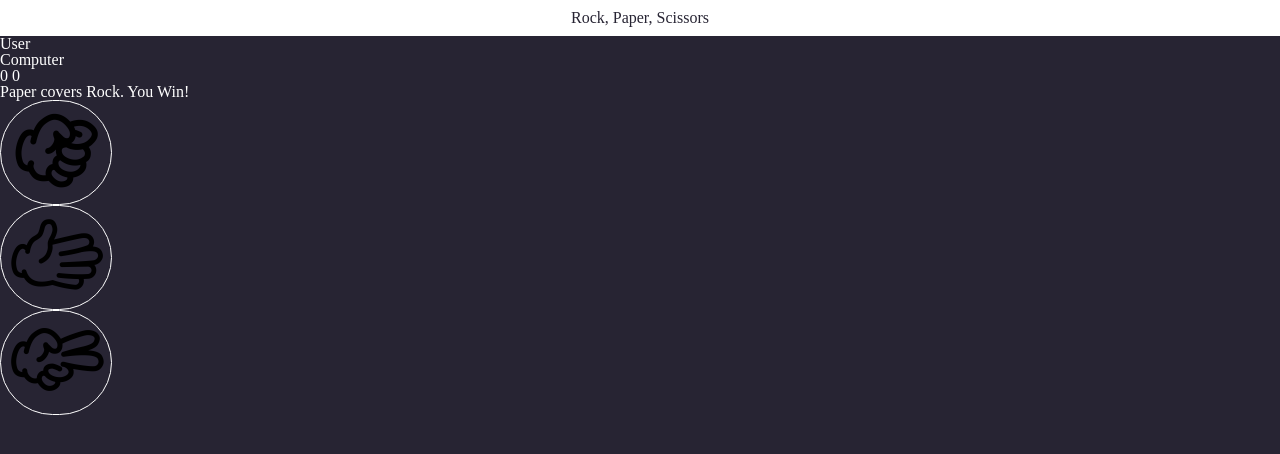
Repository: AndersonGuilherme/rock-paper-scissor-game-javascript
Page: index.html
The author's editor kept a copy of each file at every save. The page is drawn from the files as they stood at one save, then again after a run of saves.
The browser window is 1280 px wide. The pictures show the whole page.

Above is the page before, as saved 2019-01-12 12:42:49.

### index.html
<!DOCTYPE html>
<html lang="en">
  <head>
    <meta charset="UTF-8" />
    <meta name="viewport" content="width=device-width, initial-scale=1.0" />
    <meta http-equiv="X-UA-Compatible" content="ie=edge" />
    <title>Rocket.io</title>
    <link rel="stylesheet" href="./src/public/css/reset.css" />
    <link rel="stylesheet" href="./src/public/css/style.css" />
  </head>
  <body>
    <header id="header"><h1>Rock, Paper, Scissors</h1></header>
    <div class="score-board">
      <div id="user-label" class="badge">User</div>
      <div id="computer-label" class="badge">Computer</div>
      <span id="user-score">0</span> <span id="computer-score">0</span>
    </div>
    <div class="result"><h1>Paper covers Rock. You Win!</h1></div>
    <div class="choices">
      <div class="choice"><img src="./src/public/images/rock.png" alt="" /></div>
      <div class="choice"><img src="./src/public/images/paper.png" alt="" /></div>
      <div class="choice"><img src="./src/public/images/scissor.png" alt="" /></div>
    </div>
  </body>
</html>

### src/public/css/style.css
body{
    background-color: #272433;
    color: #fff;
}

#header{
    background-color: #fff;
    color: #272433;
    text-align: center;
    padding: 10px;
}

.choice{
    border: 1px solid #fff;
    border-radius: 100px;
    text-align: center;
    max-width: 110px;
}

.choice>img{
    max-height: 100px
}

Loaded but not shown: src/public/css/reset.css (common file)

After the next 12 saves:
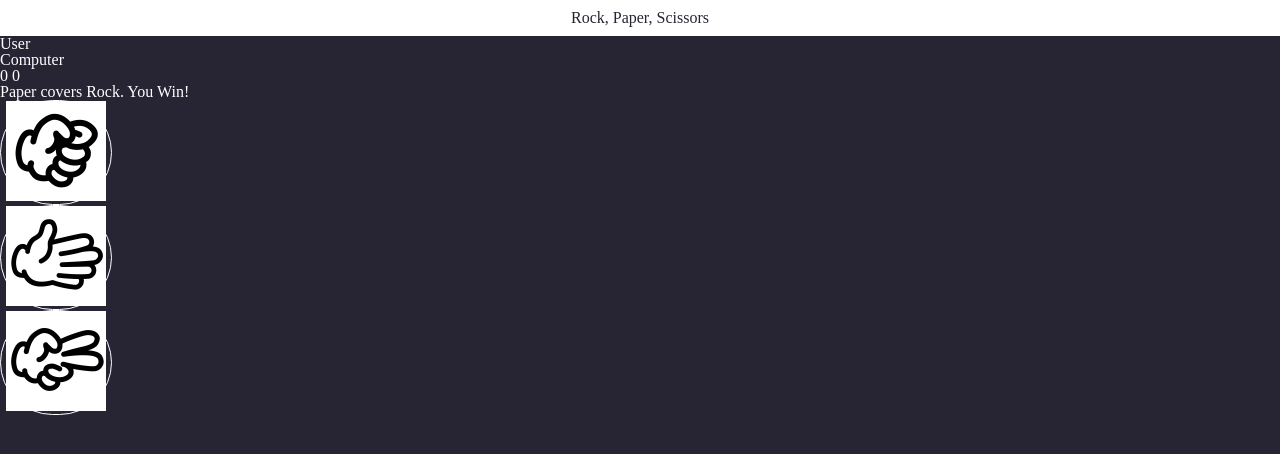
The 12 saves are shown as one change because they came seconds apart.
The last was saved 44 s later.
--- a/src/public/css/style.css
+++ b/src/public/css/style.css
@@ -18,5 +18,6 @@
 }
 
 .choice>img{
-    max-height: 100px
+    max-height: 100px;
+    background-color: #fff;
 }

After the save that followed:
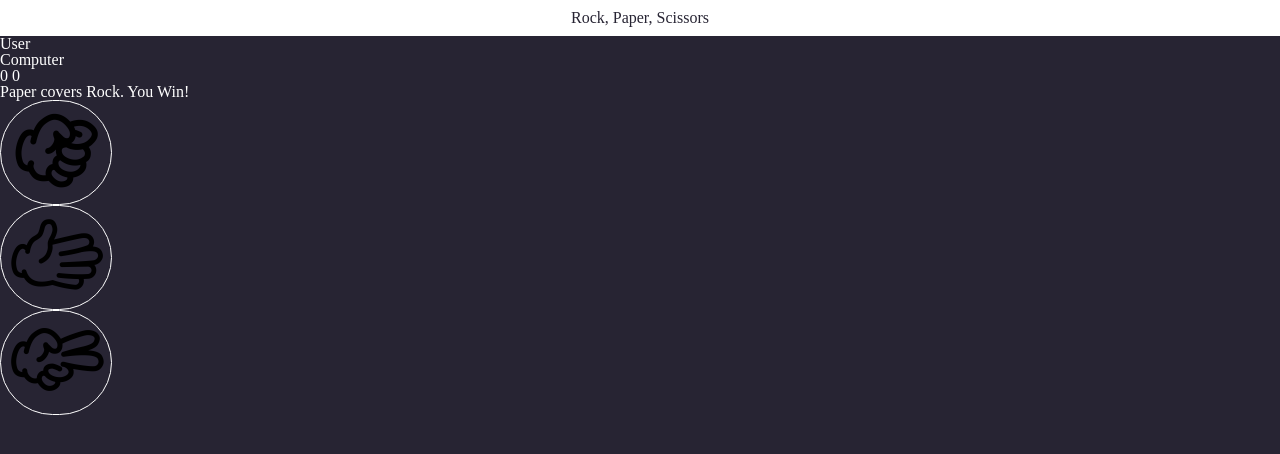
Saved 11 s later.
--- a/src/public/css/style.css
+++ b/src/public/css/style.css
@@ -19,5 +19,4 @@
 
 .choice>img{
     max-height: 100px;
-    background-color: #fff;
 }
